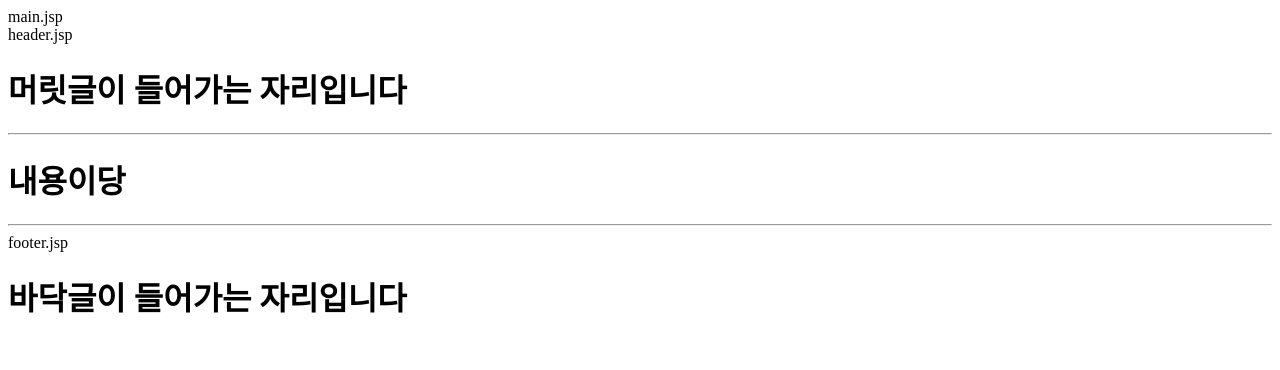
Repository: ryu1917/jsp
Page: http://localhost/jsp02/main.jsp
The author's editor kept a copy of each file at every save. The page is drawn from the files as they stood at one save, then again after the next save.
The browser window is 1280 px wide. The pictures show the whole page.
The page is served by Tomcat 9.

Above is the page before, as saved 2021-04-21 08:18:23.

After the next save:
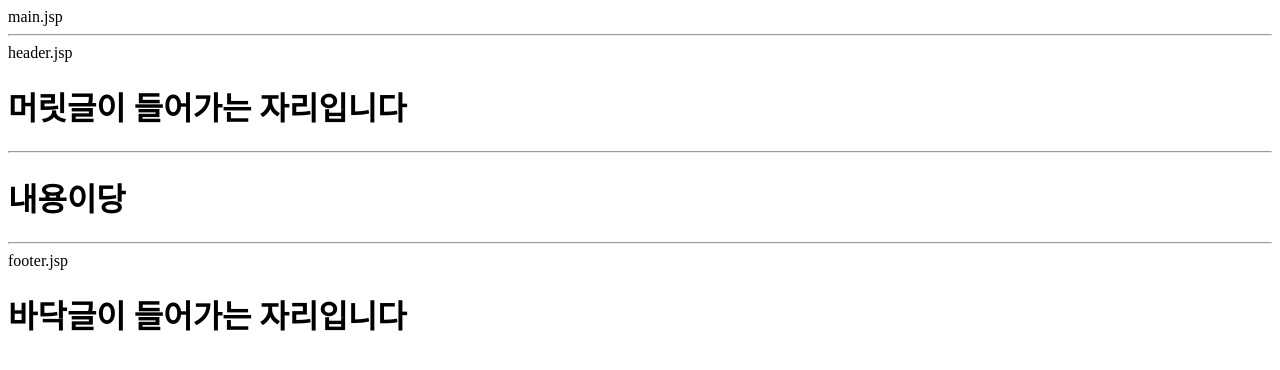
Saved 24 s later.
--- a/workspace/jsp02/src/main/webapp/main.jsp
+++ b/workspace/jsp02/src/main/webapp/main.jsp
@@ -7,7 +7,7 @@
 <meta charset="UTF-8">
 <title>Insert title here</title>
 </head>
-<body>main.jsp<br>
+<body>main.jsp<br><hr>
 <%@ include file="header.jsp" %>
 <hr><h1>내용이당</h1><hr>
 <%@ include file="footer.jsp" %>
